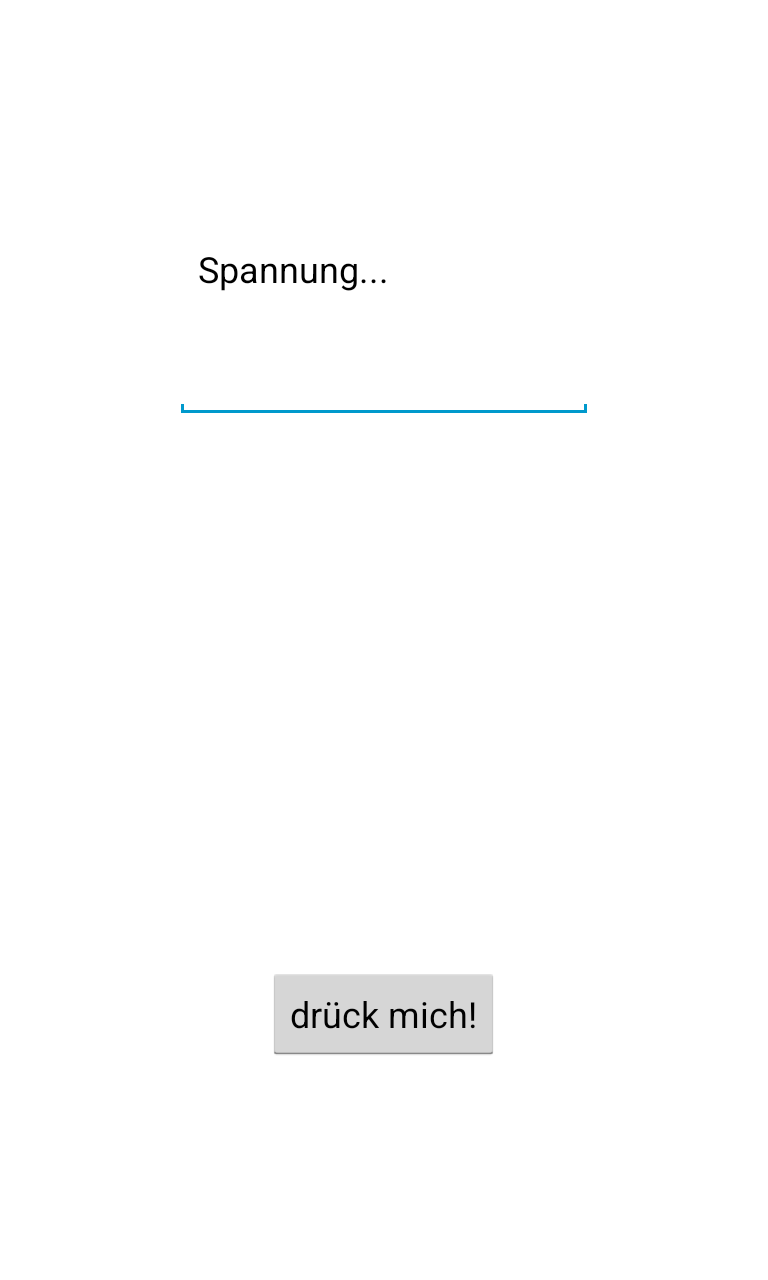
Repository: flashback2k12/ChristmasPresent
Layout: ChristmasPresent/res/layout/activity_secound_coupon.xml
An editor plug-in stored every save of this project. The layout is shown before and after the next save, followed by the edit.
It is drawn on a 768 x 1280 px phone screen (xhdpi) without system bars, with theme AppTheme; the app's code is not run.

Above is the layout before, as saved 2012-12-18 19:23:16.

After the next save:
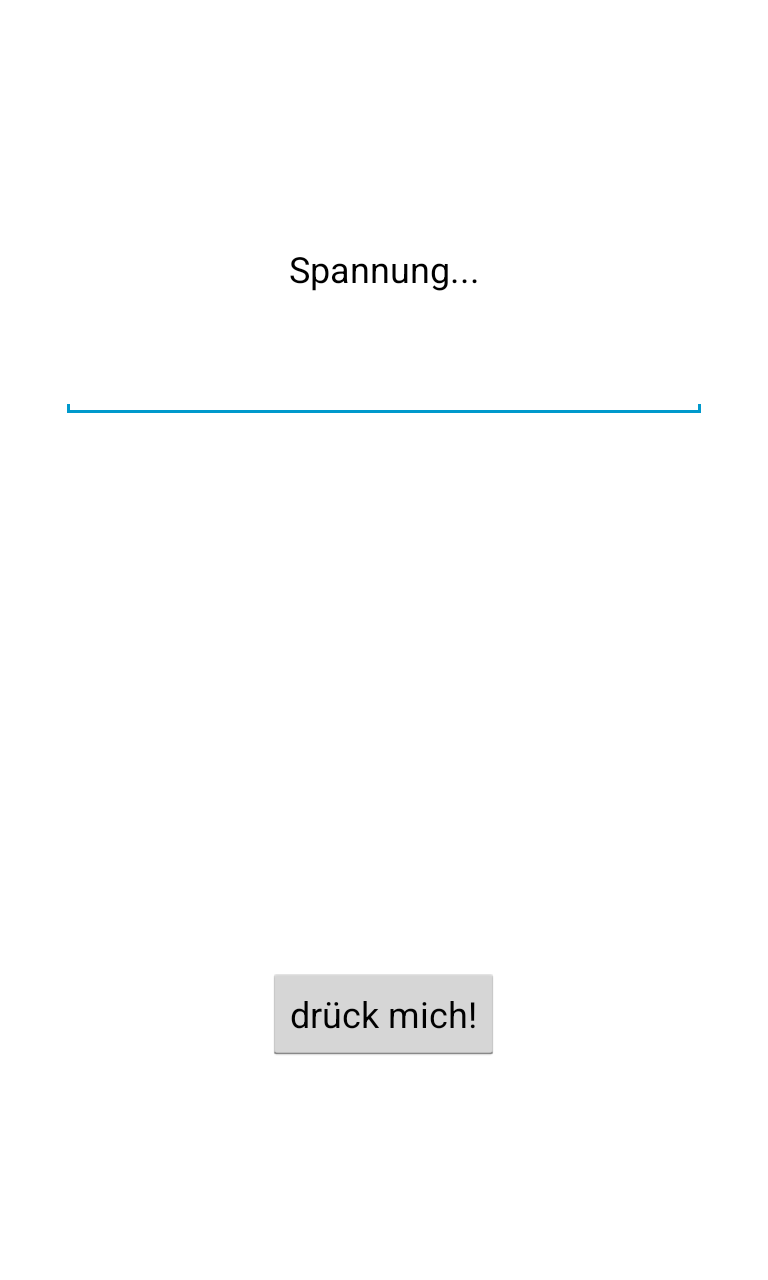
Saved 73 s later.
--- a/ChristmasPresent/res/layout/activity_secound_coupon.xml
+++ b/ChristmasPresent/res/layout/activity_secound_coupon.xml
@@ -14,18 +14,21 @@
         android:text="@string/button_standard" />
 
     <EditText
-        android:id="@+id/editText1"
+        android:id="@+id/etGutschein2"
         android:layout_width="wrap_content"
         android:layout_height="150dp"
+        android:layout_alignParentLeft="true"
         android:layout_alignParentTop="true"
-        android:layout_centerHorizontal="true"
         android:layout_marginLeft="30dp"
         android:layout_marginRight="30dp"
         android:layout_marginTop="60dp"
+        android:clickable="false"
         android:contentDescription="@string/gutschein2"
         android:editable="false"
-        android:ems="10"
+        android:ems="30"
+        android:gravity="center"
         android:inputType="none"
+        android:longClickable="false"
         android:text="@string/fuelltext" >
 
         <requestFocus />
